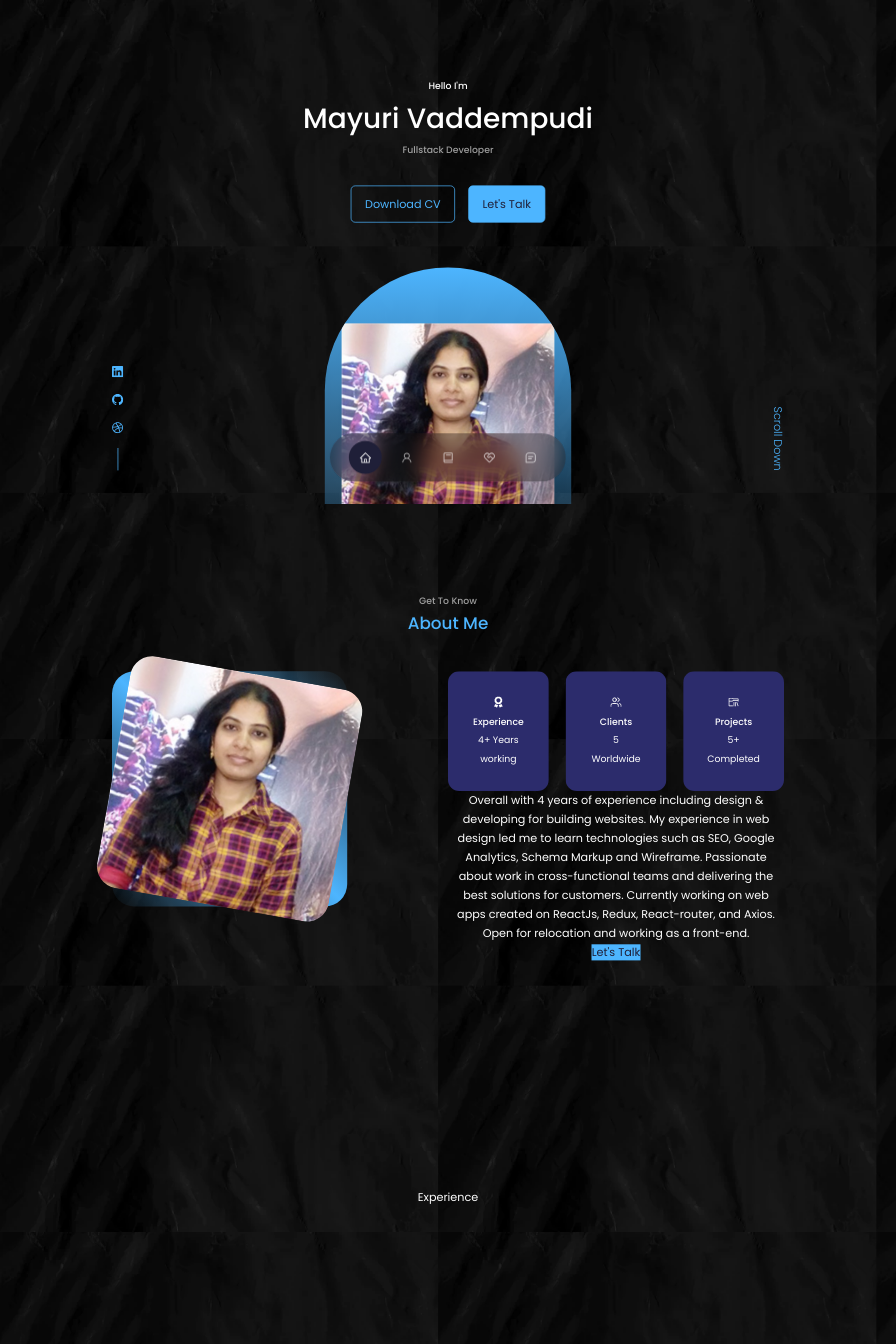
Repository: mayuri2018/Mr_react_portfolio
Page: /
The author's editor kept a copy of each file at every save. The page is drawn from the files as they stood at one save, then again after the next save.
The browser window is 1280 px wide. The pictures show the part of the page from y = 0 to 1920 px (the page is 5835 px tall), at 70% of full size.
The project was rebuilt for these pictures with package versions that can differ from the ones it lists, and the page was loaded fresh each time. Also part of the build but not shown: src/components/experience/experience.css, src/components/services/services.css, src/components/portfolio/portfolio.css, src/components/testimonials/testimonials.css, src/components/contact/contact.css, src/components/footer/footer.css.

Above is the page before, as saved 2023-01-25 13:41:08.

After the next save:
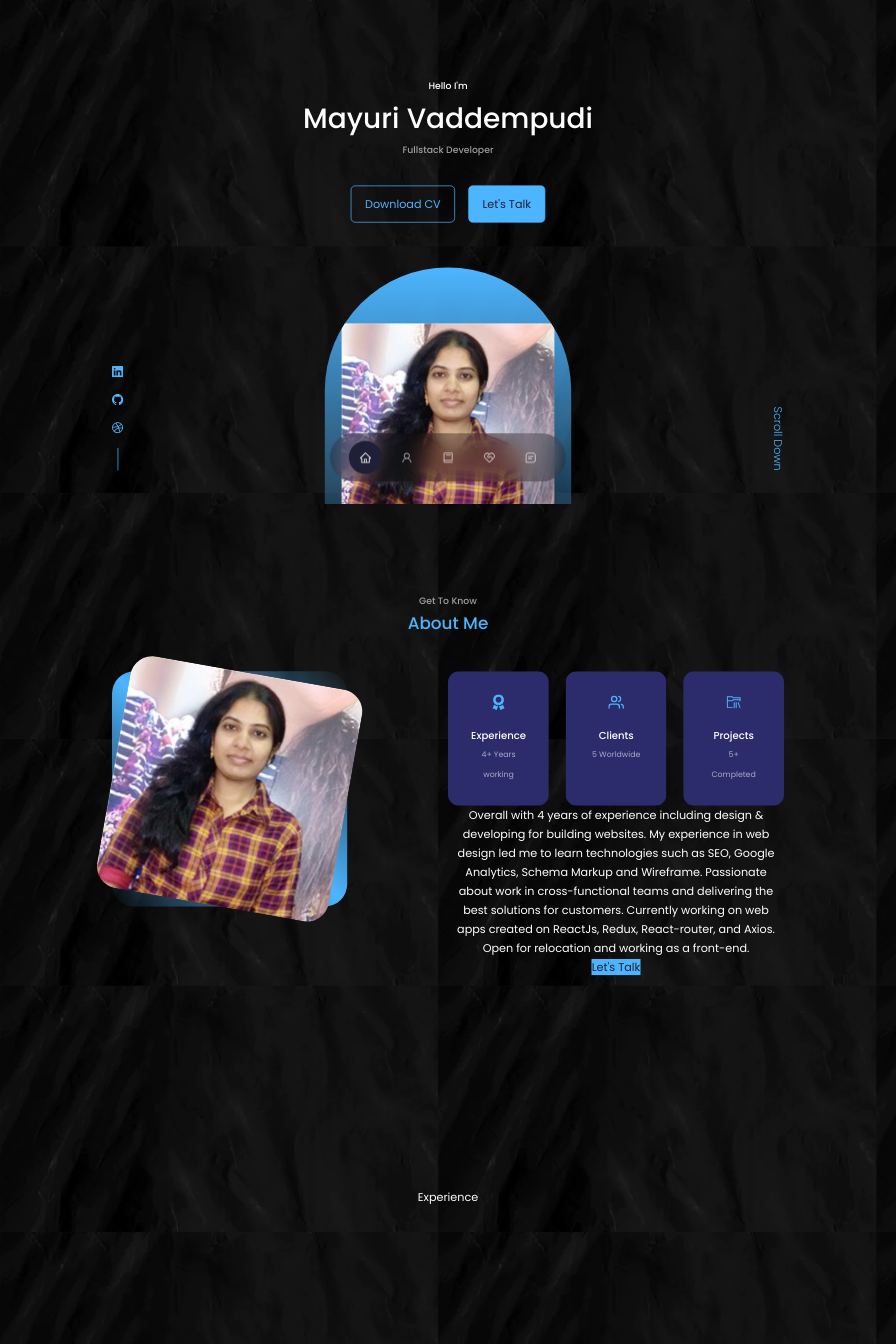
Saved 2 min 12 s later.
--- a/src/components/about/about.css
+++ b/src/components/about/about.css
@@ -49,5 +49,15 @@
 }
 
 .about_icon{
+    color: var(--color-primary);
+    font-size: 1.4rem;
+    margin-bottom: 1rem;
+}
+.about_card h5{
+    font-size: 0.9rem;
+}
 
+.about_card small{
+    font-size: 0.7rem;
+    color: var(--color-light);
 }
